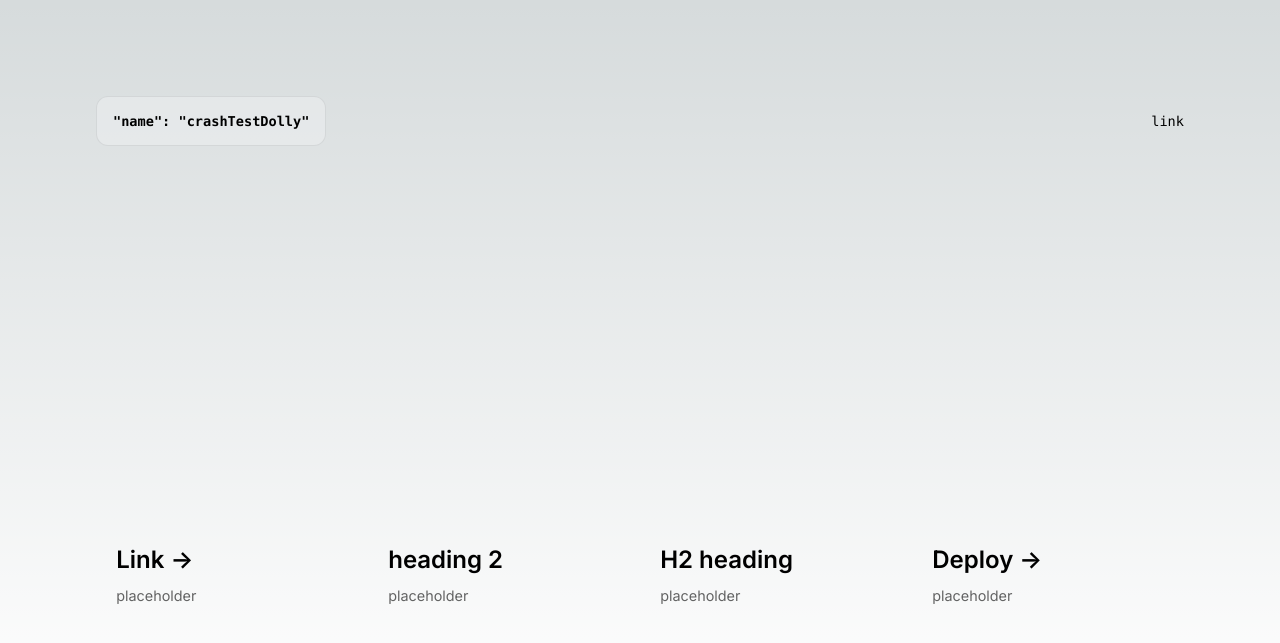
Repository: ajenstory/jencorbett.dev
Page: / (app in app/)
An editor plug-in stored every save of this project. The page is shown before and after a run of saves, followed by the edit.
The browser window is 1280 px wide. The pictures show the whole page.
The project was rebuilt for these pictures with package versions that can differ from the ones it lists, and the page was loaded fresh each time. The framework's server and built-in components were replaced by stand-ins that run in the browser. Also part of the build but not shown: app/next.config.js.

Above is the page before, as saved 2023-03-18 17:59:36.

After the next 3 saves:
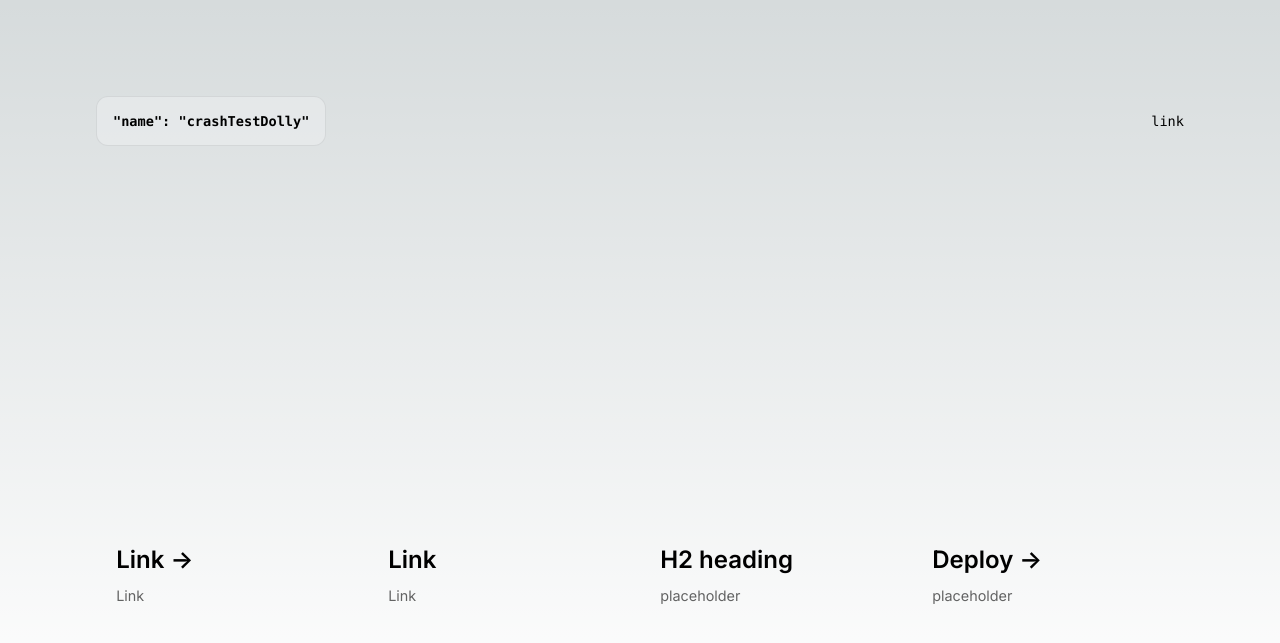
The 3 saves are shown as one change because they came seconds apart.
The last was saved 12 s later.
--- a/app/pages/index.js
+++ b/app/pages/index.js
@@ -47,9 +47,9 @@ export default function Home() {
             rel='noopener noreferrer'
           >
             <h2 className={inter.className}>
-             Link <span>-&gt;</span>
+              Link <span>-&gt;</span>
             </h2>
-            <p className={inter.className}>placeholder</p>
+            <p className={inter.className}>Link</p>
           </a>
 
           <a
@@ -58,8 +58,8 @@ export default function Home() {
             target='_blank'
             rel='noopener noreferrer'
           >
-            <h2 className={inter.className}>heading 2</h2>
-            <p className={inter.className}>placeholder</p>
+            <h2 className={inter.className}>Link</h2>
+            <p className={inter.className}>Link</p>
           </a>
 
           <a
